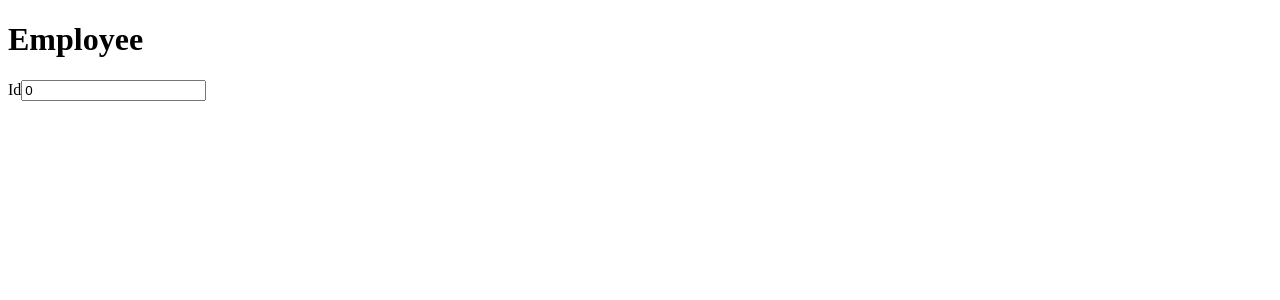
Repository: kubon9xhd/SpringMVC
Page: http://localhost/spring-excercise-6/insert
An editor plug-in stored every save of this project. The page is shown before and after the next save, followed by the edit.
The browser window is 1280 px wide. The pictures show the whole page.
The page is served by Tomcat 9. Other server files are loaded and not shown.

Above is the page before, as saved 2021-06-06 15:08:10.

### spring-excercise-6/src/main/webapp/WEB-INF/views/employee/insert.jsp
<%@taglib uri="http://www.springframework.org/tags/form" prefix="form"%>
<%@ page language="java" contentType="text/html; charset=UTF-8"
    pageEncoding="UTF-8"%>
<!DOCTYPE html>
<html>
<head>
<meta charset="UTF-8">
<title>Insert title here</title>
</head>
<body>
<h1>Employee</h1>
<form:form action="show" method="post" modelAttribute="employee">
	<form:label path="id">Id</form:label><form:input path="id"/>
</form:form>
</body>
</html>

After the next save:
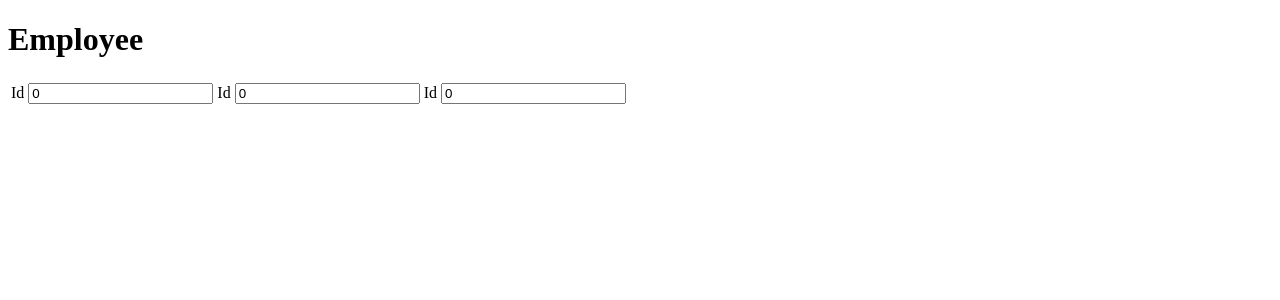
Saved 2 min 24 s later.
--- a/spring-excercise-6/src/main/webapp/WEB-INF/views/employee/insert.jsp
+++ b/spring-excercise-6/src/main/webapp/WEB-INF/views/employee/insert.jsp
@@ -1,6 +1,6 @@
 <%@taglib uri="http://www.springframework.org/tags/form" prefix="form"%>
 <%@ page language="java" contentType="text/html; charset=UTF-8"
-    pageEncoding="UTF-8"%>
+	pageEncoding="UTF-8"%>
 <!DOCTYPE html>
 <html>
 <head>
@@ -8,9 +8,18 @@
 <title>Insert title here</title>
 </head>
 <body>
-<h1>Employee</h1>
-<form:form action="show" method="post" modelAttribute="employee">
-	<form:label path="id">Id</form:label><form:input path="id"/>
-</form:form>
+	<h1>Employee</h1>
+	<form:form action="show" method="post" modelAttribute="employee">
+		<table>
+			<tr>
+				<td><form:label path="id">Id</form:label></td>
+				<td><form:input path="id" /></td>
+				<td><form:label path="id">Id</form:label></td>
+				<td><form:input path="id" /></td>
+				<td><form:label path="id">Id</form:label></td>
+				<td><form:input path="id" /></td>
+			</tr>
+		</table>
+	</form:form>
 </body>
 </html>
